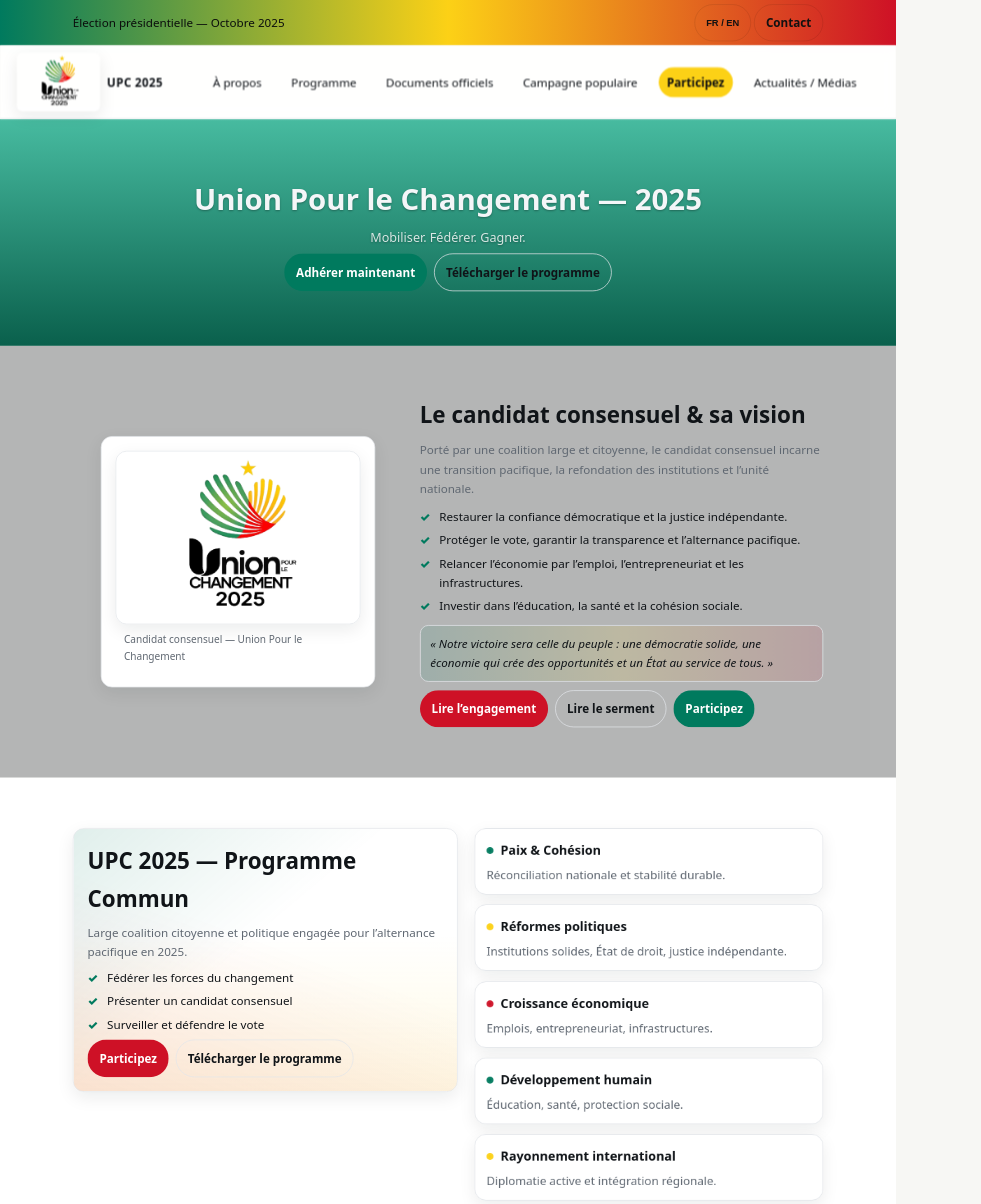
Repository: Kishny/upc2025
Page: index.html
The author's editor kept a copy of each file at every save. The page is drawn from the files as they stood at one save, then again after the next save.
The browser window is 1280 px wide. The page is 1280 px wide, then 1401 px, so the pictures cover 1401 px, including what lies to the right of the window. The pictures show the part of the page from y = 0 to 1720 px (the page is 2650 px tall), at 70% of full size.

Above is the page before, as saved 2025-09-11 17:42:12.
Console error: ReferenceError: DICT_ABOUT is not defined

### index.html
<!DOCTYPE html>
<html lang="fr">
  <head>
    <meta charset="utf-8" />
    <meta name="viewport" content="width=device-width,initial-scale=1" />
    <title>UPC 2025 — Union Pour le Changement</title>
    <meta
      name="description"
      content="Coalition citoyenne pour l'alternance pacifique au Cameroun en 2025. Mobilisation, documents officiels, adhésion."
    />
    <link rel="preload" href="assets/css/styles.css" as="style" />
    <link rel="stylesheet" href="assets/css/styles.css" />
    <link rel="icon" href="assets/img/logo.png" />
    <meta property="og:title" content="UPC 2025 — Union Pour le Changement" />
    <meta
      property="og:description"
      content="Mobilisons-nous pour 2025 : adhérer, créer un comité, télécharger le programme."
    />
    <meta property="og:image" content="assets/img/hero-1.jpg" />
    <meta name="theme-color" content="#007A5E" />
  </head>
  <body>
    <!-- Topbar -->
    <div class="topbar">
      <div class="container">
        <span class="topbar__msg" data-i18n="topbar_msg"
          >Élection présidentielle — Octobre 2025</span
        >
        <div class="topbar__actions">
          <button
            id="langToggle"
            class="btn btn--ghost"
            aria-label="Toggle language"
          >
            FR / EN
          </button>
          <a class="btn btn--ghost" href="contact.html" data-i18n="contact"
            >Contact</a
          >
        </div>
      </div>
    </div>

    <!-- Header / Nav -->
    <header class="header">
      <div class="container header__inner">
        <a href="index.html" class="brand">
          <img src="assets/img/logo.png" alt="UPC 2025" class="brand__logo" />
          <span class="brand__title">UPC 2025</span>
        </a>

        <nav id="nav" class="nav" aria-label="Navigation principale">
          <a href="a-propos.html" data-i18n="nav_about">À propos</a>
          <a href="programme.html" data-i18n="nav_program">Programme</a>
          <a href="documents.html" data-i18n="nav_docs">Documents officiels</a>
          <a href="campagne-populaire.html" data-i18n="nav_campaign"
            >Campagne populaire</a
          >
          <a href="participez.html" class="nav__cta" data-i18n="nav_join"
            >Participez</a
          >
          <a href="actualites-medias.html" data-i18n="nav_news_media"
            >Actualités / Médias</a
          >
        </nav>

        <button id="burger" class="burger" aria-label="Menu">
          <span></span><span></span><span></span>
        </button>
      </div>
    </header>

    <!-- Hero -->
    <section class="hero">
      <div class="hero__content container">
        <h1 class="hero__title" data-i18n="hero_title">
          Union Pour le Changement — 2025
        </h1>
        <p class="hero__subtitle" data-i18n="hero_subtitle">
          Mobiliser. Fédérer. Gagner.
        </p>
        <div class="hero__cta">
          <a
            href="participez.html#form-adhesion"
            class="btn btn--primary"
            data-i18n="cta_join"
          >
            Adhérer maintenant
          </a>
          <a
            href="documents-officiels.html"
            class="btn btn--outline"
            data-i18n="cta_program"
            >Télécharger le programme</a
          >
        </div>
      </div>
    </section>

    <!-- Candidat consensuel & vision -->
    <section class="section section--alt" id="candidat">
      <div class="container candidate">
        <!-- Colonne gauche : photo -->
        <figure class="candidate__photo card">
          <img src="assets/img/logo.png" alt="Candidat consensuel" />
          <figcaption data-i18n="candidate_caption">
            Candidat consensuel — Union Pour le Changement
          </figcaption>
        </figure>

        <!-- Colonne droite : vision -->
        <article class="candidate__content">
          <h2 data-i18n="candidate_heading">
            Le candidat consensuel & sa vision
          </h2>

          <p class="candidate__intro" data-i18n="candidate_intro">
            Porté par une coalition large et citoyenne, le candidat consensuel
            incarne une transition pacifique, la refondation des institutions et
            l’unité nationale.
          </p>

          <ul class="checklist">
            <li data-i18n="vision_point_1">
              Restaurer la confiance démocratique et la justice indépendante.
            </li>
            <li data-i18n="vision_point_2">
              Protéger le vote, garantir la transparence et l’alternance
              pacifique.
            </li>
            <li data-i18n="vision_point_3">
              Relancer l’économie par l’emploi, l’entrepreneuriat et les
              infrastructures.
            </li>
            <li data-i18n="vision_point_4">
              Investir dans l’éducation, la santé et la cohésion sociale.
            </li>
          </ul>

          <blockquote class="candidate__quote" data-i18n="candidate_quote">
            « Notre victoire sera celle du peuple : une démocratie solide, une
            économie qui crée des opportunités et un État au service de tous. »
          </blockquote>

          <div class="candidate__cta">
            <a
              href="docs/Engagement_du_Candidat_Consensuel.pdf"
              class="btn btn--secondary"
              data-i18n="candidate_read_commitment"
            >
              Lire l’engagement
            </a>
            <a
              href="docs/UPC_2025_Oath_of_the_Consensual_Candidate.pdf"
              class="btn btn--outline"
              data-i18n="candidate_read_oath"
            >
              Lire le serment
            </a>
            <a
              href="participez.html"
              class="btn btn--primary"
              data-i18n="nav_join"
            >
              Participez
            </a>
          </div>
        </article>
      </div>
    </section>

    <!-- Programme / Axes en 2 colonnes -->
    <section class="section" id="programme">
      <div class="container">
        <div class="program__grid">
          <!-- Colonne gauche : présentation UPC 2025 -->
          <article class="card gradient-cm">
            <h2 data-i18n="doc_program">UPC 2025 — Programme Commun</h2>
            <p data-i18n="about_text">
              Large coalition citoyenne et politique engagée pour l’alternance
              pacifique en 2025.
            </p>

            <ul class="checklist">
              <li data-i18n="about_point_1">
                Fédérer les forces du changement
              </li>
              <li data-i18n="about_point_2">
                Présenter un candidat consensuel
              </li>
              <li data-i18n="about_point_3">Surveiller et défendre le vote</li>
            </ul>

            <div class="hero__cta" style="justify-content: flex-start">
              <a
                href="participez.html"
                class="btn btn--secondary"
                data-i18n="nav_join"
                >Participez</a
              >
              <a
                href="documents-officiels.html"
                class="btn btn--outline"
                data-i18n="cta_program"
                >Télécharger le programme</a
              >
            </div>
          </article>

          <!-- Colonne droite : 5 axes -->
          <div class="axis-list">
            <article class="axis-item">
              <h3>
                <span class="axis-dot axis--green"></span>
                <span data-i18n="axis_1_title">Paix & Cohésion</span>
              </h3>
              <p data-i18n="axis_1_text">
                Réconciliation nationale et stabilité durable.
              </p>
            </article>

            <article class="axis-item">
              <h3>
                <span class="axis-dot axis--yellow"></span>
                <span data-i18n="axis_2_title">Réformes politiques</span>
              </h3>
              <p data-i18n="axis_2_text">
                Institutions solides, État de droit, justice indépendante.
              </p>
            </article>

            <article class="axis-item">
              <h3>
                <span class="axis-dot axis--red"></span>
                <span data-i18n="axis_3_title">Croissance économique</span>
              </h3>
              <p data-i18n="axis_3_text">
                Emplois, entrepreneuriat, infrastructures.
              </p>
            </article>

            <article class="axis-item">
              <h3>
                <span class="axis-dot axis--green"></span>
                <span data-i18n="axis_4_title">Développement humain</span>
              </h3>
              <p data-i18n="axis_4_text">
                Éducation, santé, protection sociale.
              </p>
            </article>

            <article class="axis-item">
              <h3>
                <span class="axis-dot axis--yellow"></span>
                <span data-i18n="axis_5_title">Rayonnement international</span>
              </h3>
              <p data-i18n="axis_5_text">
                Diplomatie active et intégration régionale.
              </p>
            </article>
          </div>
        </div>
      </div>
    </section>

    <!-- Section Appel à l’action -->
    <section class="section section--alt">
      <div class="container grid-2">
        <!-- Colonne gauche : Texte et appel -->
        <div class="cta__text">
          <h2 data-i18n="call_action">Agir près de chez vous</h2>
          <p data-i18n="call_action_text">
            Rejoignez un comité existant ou créez le vôtre pour mobiliser autour
            de l’alternance pacifique en 2025.
          </p>
          <div class="hero__cta">
            <a
              href="participez.html#adhesion"
              class="btn btn--primary"
              data-i18n="cta_join"
              >Adhérer maintenant</a
            >
            <a
              href="participez.html#comite"
              class="btn btn--secondary"
              data-i18n="cta_create_committee"
              >Créer un comité</a
            >
          </div>
        </div>

        <!-- Colonne droite : Illustration -->
        <div class="cta__image">
          <img
            src="assets/img/logo.png"
            alt="Comités de soutien UPC 2025"
            class="cta__illustration"
          />
        </div>
      </div>
    </section>

    <!-- Footer -->
    <footer class="footer footer--clean">
      <div class="container footer__wrap">
        <!-- Logo -->
        <img src="assets/img/logo.png" alt="UPC 2025" class="footer__logo" />

        <!-- Titre + lignes -->
        <div class="footer__titleline">
          <span class="footer__line"></span>
          <h3 class="footer__title">REJOIGNEZ-NOUS</h3>
          <span class="footer__line"></span>
        </div>

        <!-- Réseaux -->
        <ul class="footer__socials">
          <li>
            <a class="sbtn" href="#" aria-label="Facebook" title="Facebook">
              <!-- FB SVG -->
              <svg
                viewBox="0 0 24 24"
                width="18"
                height="18"
                fill="currentColor"
                aria-hidden="true"
              >
                <path
                  d="M22 12.06C22 6.49 17.52 2 12 2S2 6.49 2 12.06c0 5.02 3.66 9.18 8.44 9.94v-7.03H8.08v-2.9h2.36V9.41c0-2.33 1.39-3.61 3.52-3.61.99 0 2.02.18 2.02.18v2.23h-1.14c-1.12 0-1.47.7-1.47 1.42v1.71h2.5l-.4 2.9h-2.1V22c4.78-.76 8.44-4.92 8.44-9.94z"
                />
              </svg>
            </a>
          </li>
          <li>
            <a class="sbtn" href="#" aria-label="X / Twitter" title="X">
              <!-- X SVG -->
              <svg
                viewBox="0 0 24 24"
                width="18"
                height="18"
                fill="currentColor"
                aria-hidden="true"
              >
                <path
                  d="M18.9 2H21l-6.47 7.39L22 22h-6.86l-4.69-6.12L4.9 22H3l6.92-7.91L2 2h6.97l4.27 5.73L18.9 2zm-2.41 18h1.35L7.63 4H6.2l10.29 16z"
                />
              </svg>
            </a>
          </li>
          <li>
            <a class="sbtn" href="#" aria-label="Instagram" title="Instagram">
              <!-- IG SVG -->
              <svg
                viewBox="0 0 24 24"
                width="18"
                height="18"
                fill="currentColor"
                aria-hidden="true"
              >
                <path
                  d="M7 2h10a5 5 0 0 1 5 5v10a5 5 0 0 1-5 5H7a5 5 0 0 1-5-5V7a5 5 0 0 1 5-5zm0 2a3 3 0 0 0-3 3v10a3 3 0 0 0 3 3h10a3 3 0 0 0 3-3V7a3 3 0 0 0-3-3H7zm5 3.5a5.5 5.5 0 1 1 0 11 5.5 5.5 0 0 1 0-11zm0 2a3.5 3.5 0 1 0 0 7 3.5 3.5 0 0 0 0-7zm5.25-.75a1 1 0 1 1 0 2 1 1 0 0 1 0-2z"
                />
              </svg>
            </a>
          </li>
          <li>
            <a class="sbtn" href="#" aria-label="YouTube" title="YouTube">
              <!-- YT SVG -->
              <svg
                viewBox="0 0 24 24"
                width="18"
                height="18"
                fill="currentColor"
                aria-hidden="true"
              >
                <path
                  d="M23.5 6.2s-.23-1.64-.94-2.35c-.9-.94-1.9-.95-2.36-1C16.5 2.5 12 2.5 12 2.5h0s-4.5 0-8.2.35c-.46.06-1.46.06-2.36 1C.73 4.55.5 6.2.5 6.2S.25 8.1.25 10v1.99c0 1.9.25 3.8.25 3.8s.23 1.64.94 2.35c.9.94 2.09.91 2.62 1.02C6.14 19.4 12 19.5 12 19.5s4.5 0 8.2-.35c.46-.06 1.46-.06 2.36-1 .71-.71.94-2.35.94-2.35s.25-1.9.25-3.8V10c0-1.9-.25-3.8-.25-3.8zM9.75 15.02V7.98l6.01 3.52-6.01 3.52z"
                />
              </svg>
            </a>
          </li>
        </ul>

        <!-- Navigation -->
        <nav class="footer__nav">
          <a href="index.html">Accueil</a>
          <a href="a-propos.html">À propos</a>
          <a href="programme.html">Programme</a>
          <a href="documents-officiels.html">Documents</a>
          <a href="campagne-populaire.html">Campagne</a>
          <a href="actualites-medias.html">Actualités / Médias</a>
          <a href="contact.html">Contact</a>
        </nav>

        <!-- Copyright -->
        <small class="footer__copy">
          © <span id="year"></span> UPC 2025 — Tous droits réservés.
        </small>
      </div>
    </footer>

    <script src="assets/js/app.js" defer></script>
  </body>
</html>

Loaded but not shown: assets/js/app.js (1033 lines, source omitted); assets/css/styles.css (1694 lines, source omitted)

After the next save:
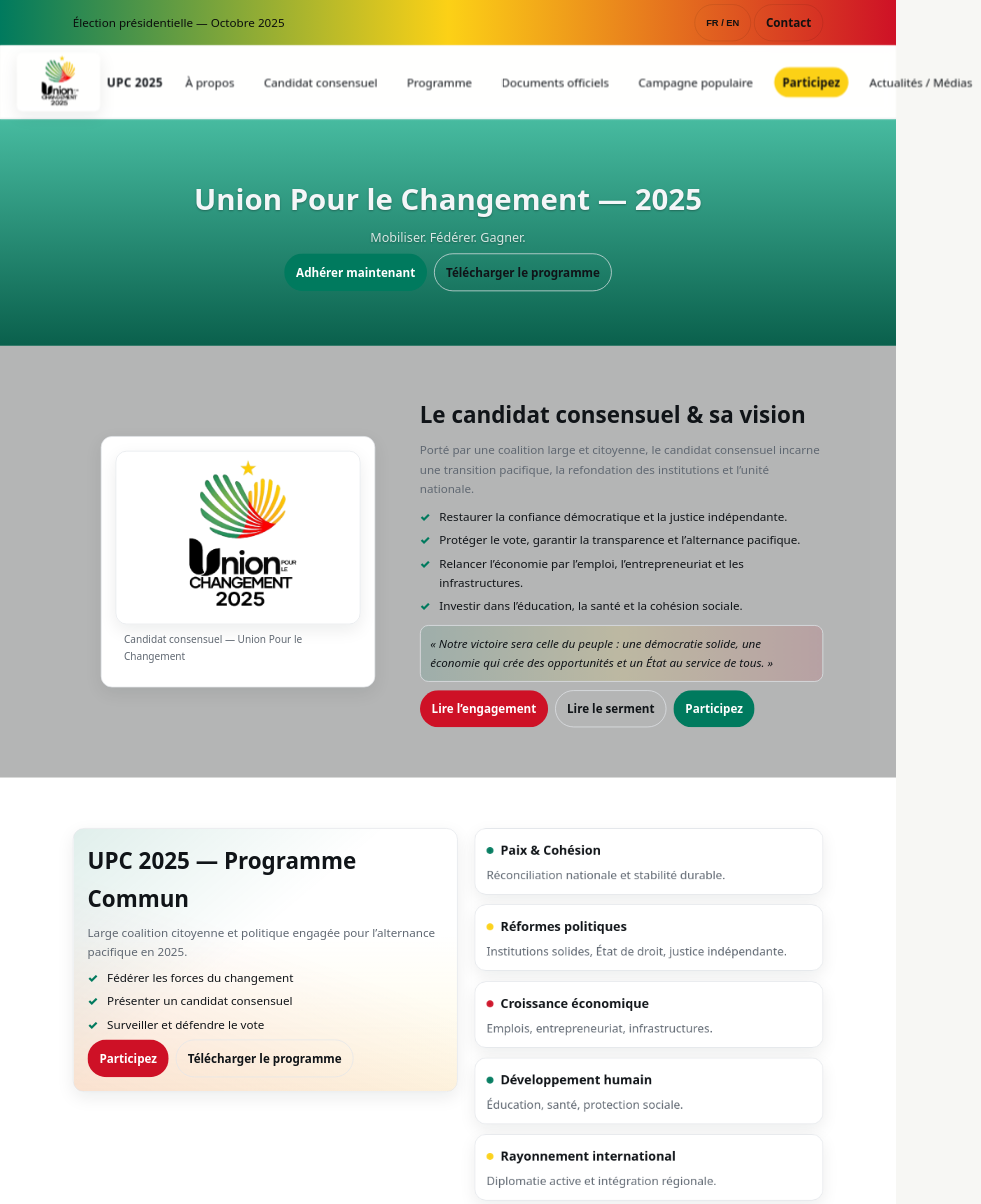
Saved 67 min 45 s later.
--- a/index.html
+++ b/index.html
@@ -51,6 +51,9 @@
 
         <nav id="nav" class="nav" aria-label="Navigation principale">
           <a href="a-propos.html" data-i18n="nav_about">À propos</a>
+          <a href="candidat.html" data-i18n="nav_candidate_cons"
+            >Candidat consensuel</a
+          >
           <a href="programme.html" data-i18n="nav_program">Programme</a>
           <a href="documents.html" data-i18n="nav_docs">Documents officiels</a>
           <a href="campagne-populaire.html" data-i18n="nav_campaign"
